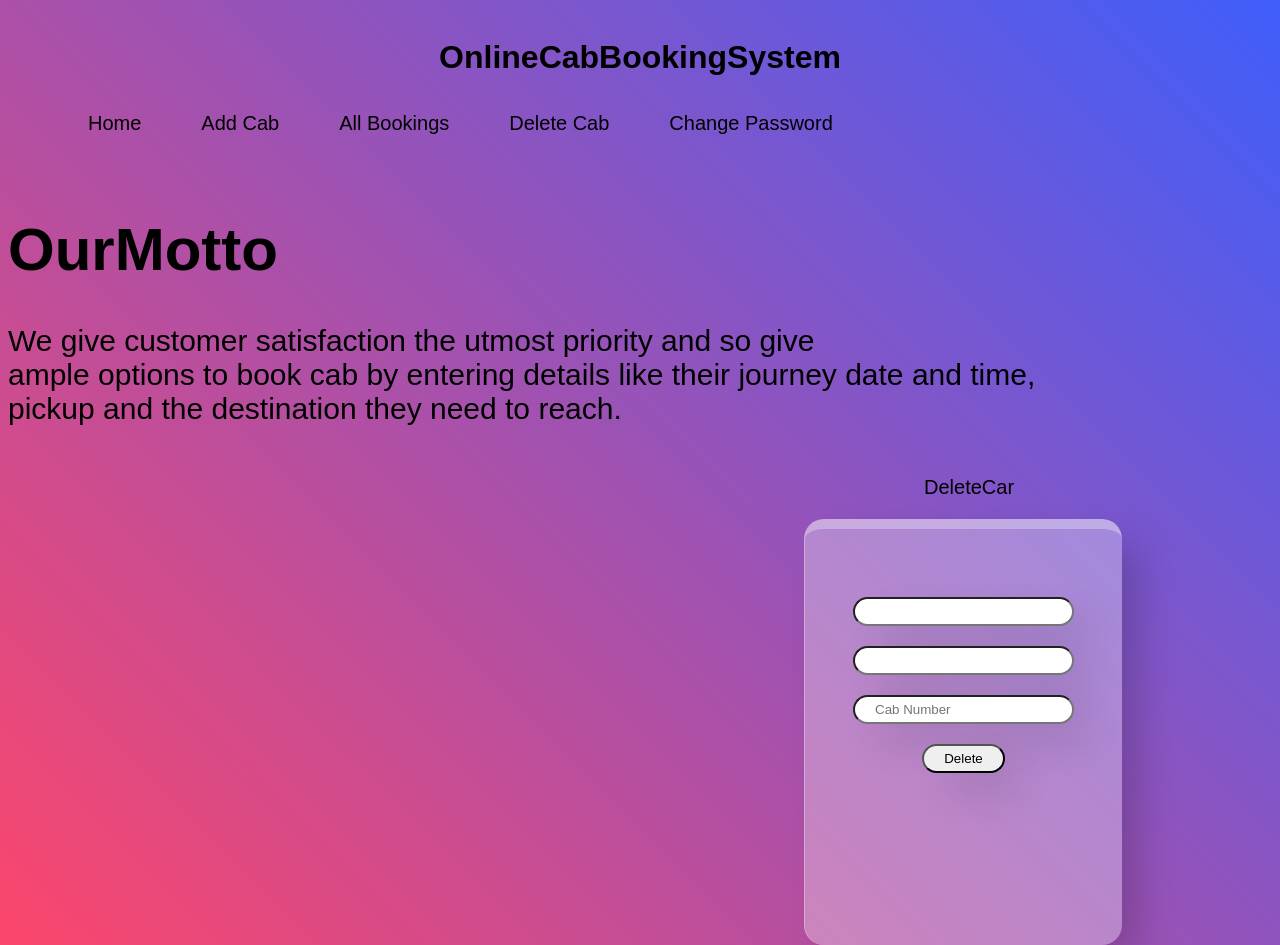
Repository: venkateshpillala/OnlineCabBookingSystem
Page: BookCab/src/main/webapp/changePassword.html
These files come from the project's save history. The page is drawn as it stood at one moment and after the next save; the edit follows.
The browser window is 1280 px wide. The pictures show the whole page.

Above is the page before, as saved 2024-06-07 19:12:55.

### BookCab/src/main/webapp/changePassword.html
<!DOCTYPE html>
<html>
<head>
<meta charset="ISO-8859-1">
<title>OnlineCabBooking</title>
</head>
<style>
	body{

		background : linear-gradient(45deg,#FC466B,#3F5EFB);
		height : 100vh;
		font-family : "Montserrat", sans-serif;
	}
	form {
		font-family : "Montserrat", sans-serif;
		background : rgba(255,255,255,0.3);
		padding : 3em;
		height : 320px;
		border-radius : 20px;
		border-left : 1px solid rgba(255,255,255,0.3);
		border-top : 10px solid rgba(255,255,255,0.3);
		background-filter : blur(10px);
		box-shadow : 20px 20px 40px -6px rgba(0, 0, 0, 0.2);
		text-align : center;
		position : relative;
		transition : all 0.2 ease-in-out;
		margin-right : 100px;
	}
	input {
		border-radius : 20px;
		box-shadow : 20px 20px 40px -6px rgba(0, 0, 0, 0.2);
		padding  : 5px 20px;
		margin-top : 20px;
		background-filter : blur(10px);
	}
	.alignment{
		text-align : center;
		border-radius : 10px;
		padding: 10px;
	}
	ul {
  		list-style-type: none;
  		overflow: hidden;
	}

	li {
  		float: left;
	}

	li a {
  		display: block;
  		color : black;
  		text-align: center;
  		padding: 14px 30px;
  		text-decoration: none;
  		font-size : 20px;
	}

	li a:hover:not(.active) {
  		background-color: #111;
  		border-radius : 10px;
  		color : white;
	}
	.h{
		padding : 100px;
	}
	.left{
		float : left;
		font-size : 30px;
	}
	.right{
		float : right;
		padding-right : 50px;
	}
	.para{
		padding-left : 120px;
		font-family : "Montserrat", sans-serif;
		font-size : 20px;


	}
	.over:hover:not(.active) {
  		background-color: #111;
  		border-radius : 10px;
  		color : white;
	}
</style>
<body>
<div class = "alignment">
	<h1 >OnlineCabBookingSystem</h1>
	<ul>
		<li><a href = "./Home.html">Home</a></li>
		<li><a href = "./AddCab.html">Add Cab</a></li>
		<li><a href = "./allbookings">All Bookings</a></li>
		<li><a href = "./deleteCab.html">Delete Cab</a></li>
		<li><a href = "./changePassword.html">Change Password</a></li>

	</ul>
</div>

<div >

	<div class = "left">
		<h1>OurMotto</h1>
		<p>We give customer satisfaction the utmost priority and so give<br> ample options
		to book cab by entering details like their journey date and time, <br>pickup and
		the destination they need to reach.
		</p>
	</div>
	<div class = "right">
	<p class = "para">DeleteCar</p>
		<form method = "post" action = "./deletecab">
			<input type = "text" name = "old" placeholder = ""/><br>
			<input type = "text" name = "new" placeholder = ""/><br>
			<input type = "password" name = "again" placeholder = "Cab Number"/><br>
			<input class = "over" type = "submit" value = "Delete"/><br><br>
		</form>
	</div>
</div>


</body>
</html>

After the next save:
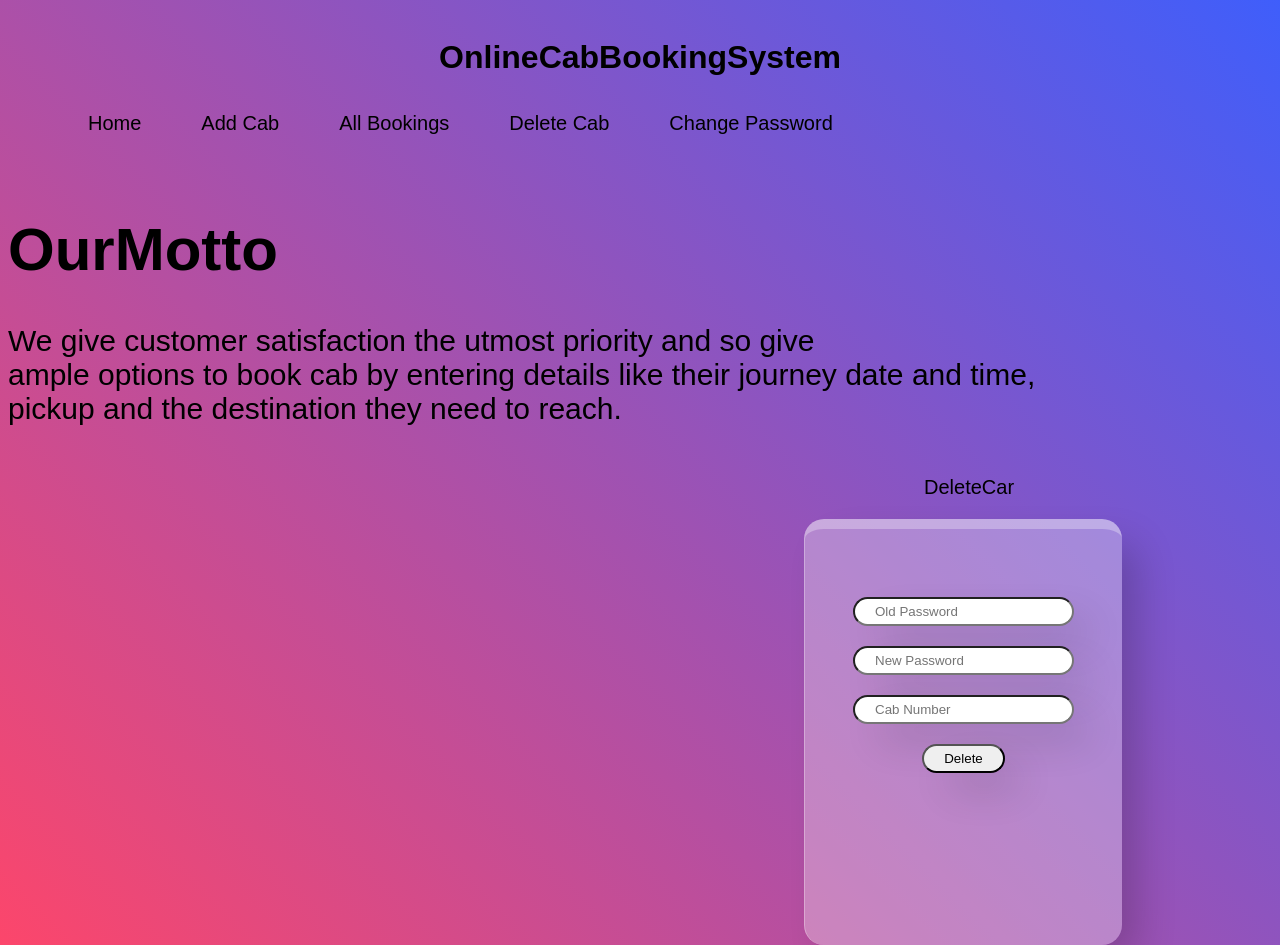
Saved 18 s later.
--- a/BookCab/src/main/webapp/changePassword.html
+++ b/BookCab/src/main/webapp/changePassword.html
@@ -110,8 +110,8 @@
 	<div class = "right">
 	<p class = "para">DeleteCar</p>
 		<form method = "post" action = "./deletecab">
-			<input type = "text" name = "old" placeholder = ""/><br>
-			<input type = "text" name = "new" placeholder = ""/><br>
+			<input type = "text" name = "old" placeholder = "Old Password"/><br>
+			<input type = "text" name = "new" placeholder = "New Password"/><br>
 			<input type = "password" name = "again" placeholder = "Cab Number"/><br>
 			<input class = "over" type = "submit" value = "Delete"/><br><br>
 		</form>
